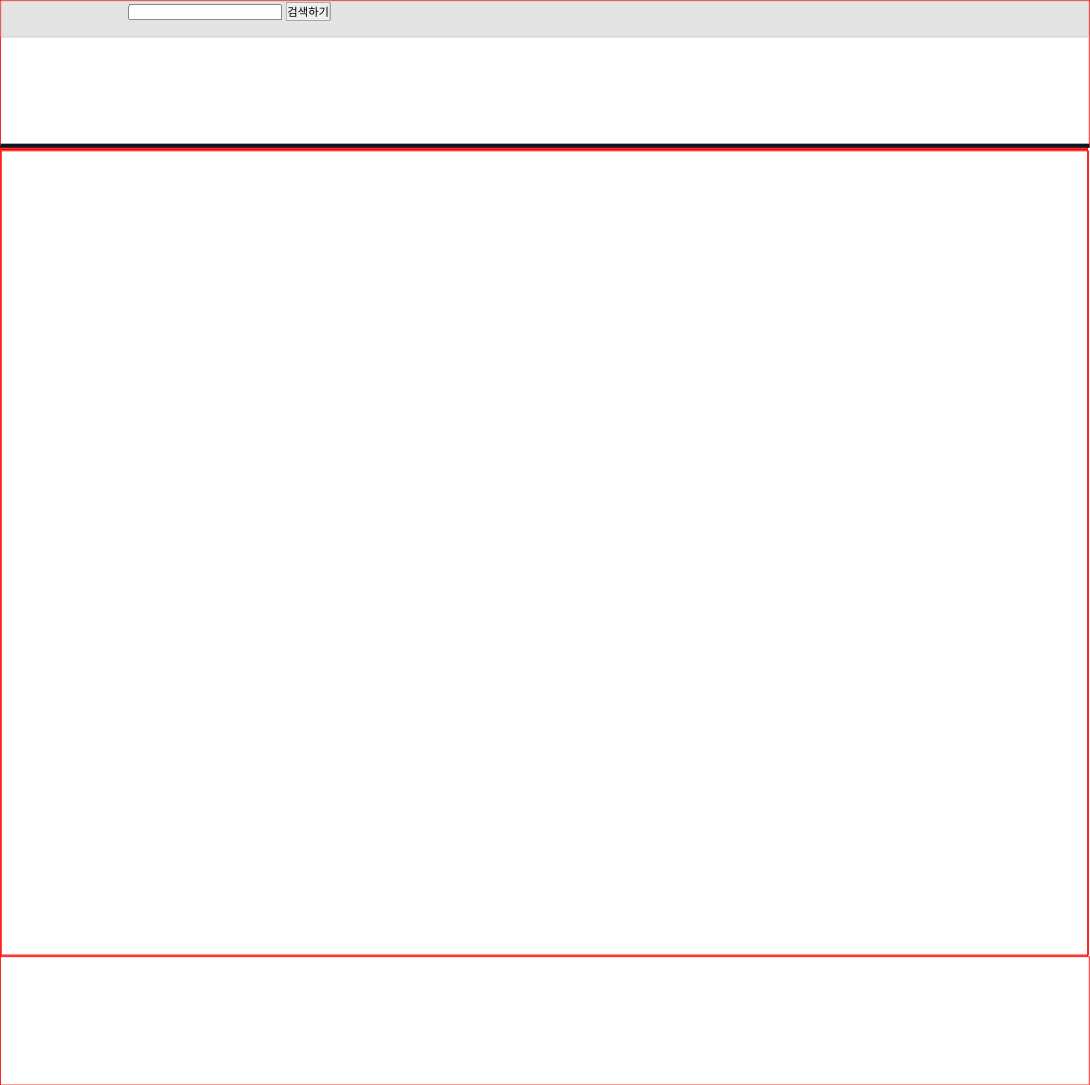
Repository: jungsoon-kim/home_study
Page: study/webzine.html
An editor plug-in stored every save of this project. The page is shown before and after the next save, followed by the edit.
The browser window is 1280 px wide. The page is 1282 px wide, so the pictures cover 1282 px, including what lies to the right of the window. The pictures show the whole page, at 85% of full size.

Above is the page before, as saved 2015-09-14 14:21:57.

After the next save:
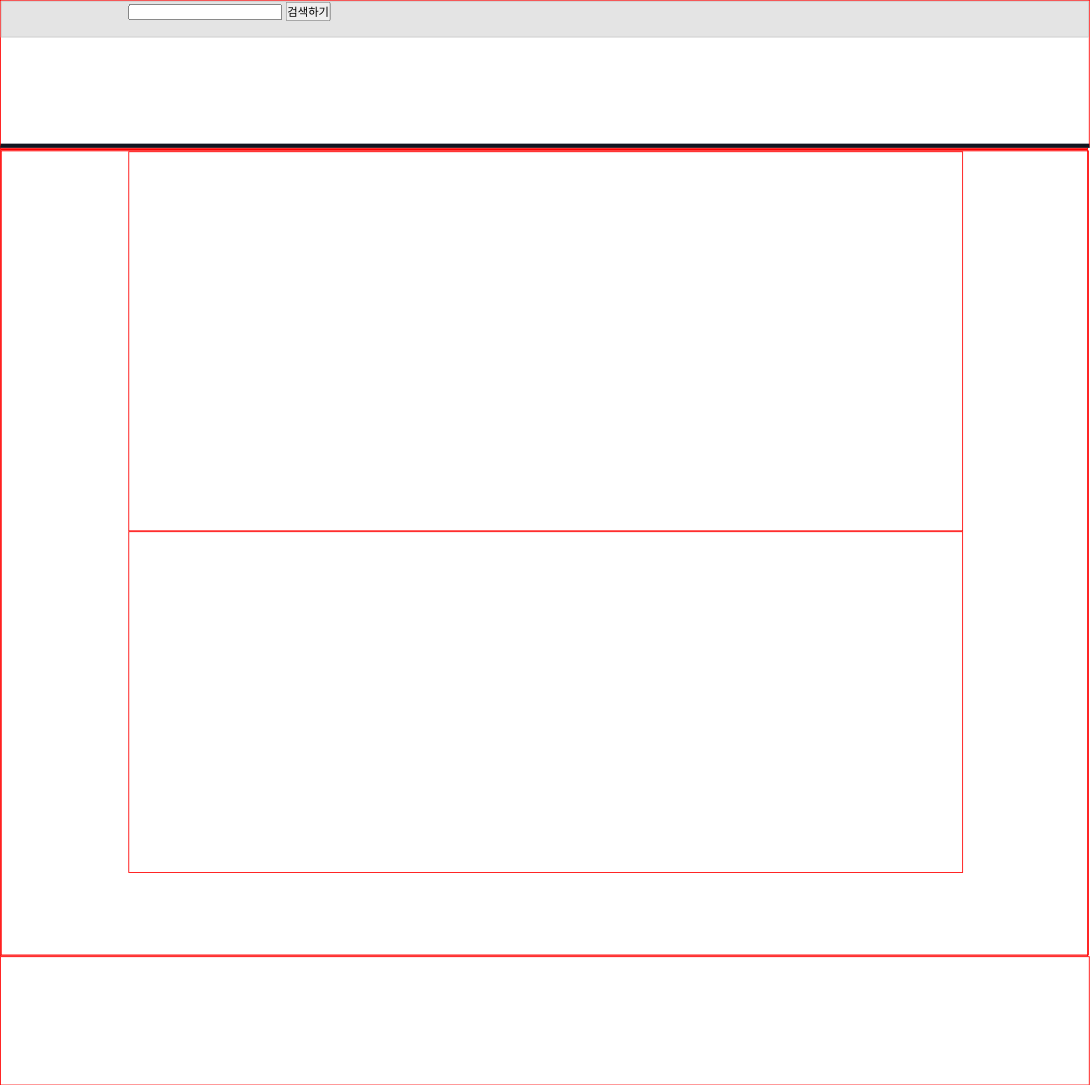
Saved 51 s later.
--- a/study/webzine.html
+++ b/study/webzine.html
@@ -35,7 +35,13 @@
 
 			<div id="content" class="bd">
 				<div class="wrap">
+					<div class="article-top bd">
 
+					</div><!--article-top[ex]-->
+
+					<div class="article-down bd">
+
+					</div><!--article-down[ex]-->
 
 				</div><!--common wrap[ex]-->
 
